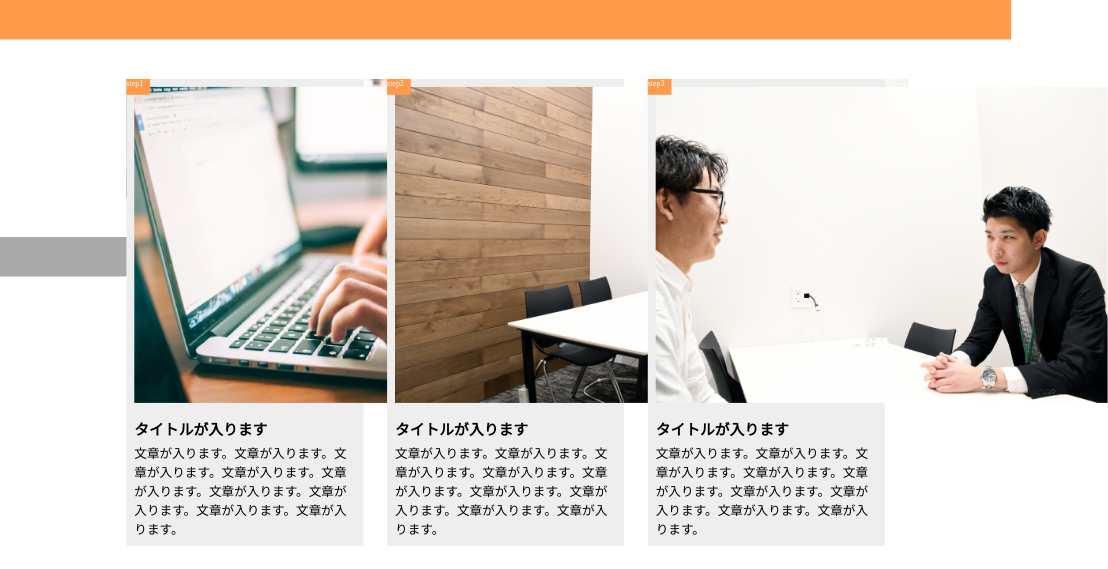
Repository: hira14t/git-practice
Page: kadai1/kadai1.html
The author's editor kept a record of every edit. The page is drawn from the files as they stood at one moment, then again after the next edit.
The browser window is 1280 px wide. The page is 1402 px wide, then 1280 px, so the pictures cover 1402 px, including what lies to the right of the window. The pictures show the whole page, at 79% of full size.

Above is the page before.

### kadai1/kadai1.html
<!DOCTYPE html>
<html lang="ja">
  <head>
    <meta charset="UTF-8" />
    <meta name="viewport" content="width=device-width,initial-scale=1.0">
     <link rel="stylesheet" href="kadai1.css" />
    <title>課題1</title>
  </head>
  <body>
    <div class="header"></div>
    <div class="wrap">

      <div class="image1">
        <div class="item">
          <div class="category">step1</div>
          <img class="image" src="img/flow01.png">
          <h3 class="H3">タイトルが入ります</h3>
          <p>文章が入ります。文章が入ります。文章が入ります。文章が入ります。文章が入ります。文章が入ります。文章が入ります。文章が入ります。文章が入ります。</p>
        </div>
      </div>


      <div class="image2">
        <div class="item">
          <div class="category">step2</div>
          <img class="image" src="img/flow02.png">
          <h3 class="H3">タイトルが入ります</h3>
          <p>文章が入ります。文章が入ります。文章が入ります。文章が入ります。文章が入ります。文章が入ります。文章が入ります。文章が入ります。文章が入ります。</p>
        </div>
      </div>



      <div class="image3">
        <div class="item">
           <div class="category">step3</div>
           <img class="image" src="img/flow03.png">
           <h3 class="H3">タイトルが入ります</h3>
           <p>文章が入ります。文章が入ります。文章が入ります。文章が入ります。文章が入ります。文章が入ります。文章が入ります。文章が入ります。文章が入ります。</p>
         </div>
      </div>
    </div>
    <div class="footer"></div>

  </body>
</html>

### kadai1/kadai1.css
* {
  margin: 0;
  padding: 0;
  box-sizing: border-box;
}

.header {
  width: 100%;
  height: 50px;
 background-color: #ff9a4b;
}





.wrap {
  width: 960px;
  display: flex;
  margin: 50px auto;
}

.category {
  width: 30px;
  height: 20px;
  background-color: #ff9a4b;
  color: white;
  font-size: 10px;
  position: absolute;
  top: 0;
  left: 0;
}

.item {
  padding: 10px;
  margin-right: 30px;
  width: 300px;
  background-color: #eeeeee;
   position: relative;
}

item:last-child {
  margin-right: 0;
}



.image1{
  background-image: url(img/flow01.png);
  background-size: cover;

  height: 150px;

}

.image2{
  background-image: url(img/flow02.png);
  background-size: cover;

  height: 150px;

}
.image3{
  background-image: url(img/flow03.png);
  background-size: cover;

  height: 150px;

}

.H3 {
  margin: 15px 0 5px 0;
}




.footer {
  width: 100%;
  height: 50px;
  background-color: #aaaaaa
}


@media screen and (max-width: 768px) {





.wrap {
  width: 100%;
  display: block;


  margin: 0 auto;
}


.item {
  margin: 20px auto;

  width: 90%;
}

.item:first-child {
  margin-top: 50px;
}


.item:last-child {
  margin-bottom: 50px;
}

}

After the next edit:
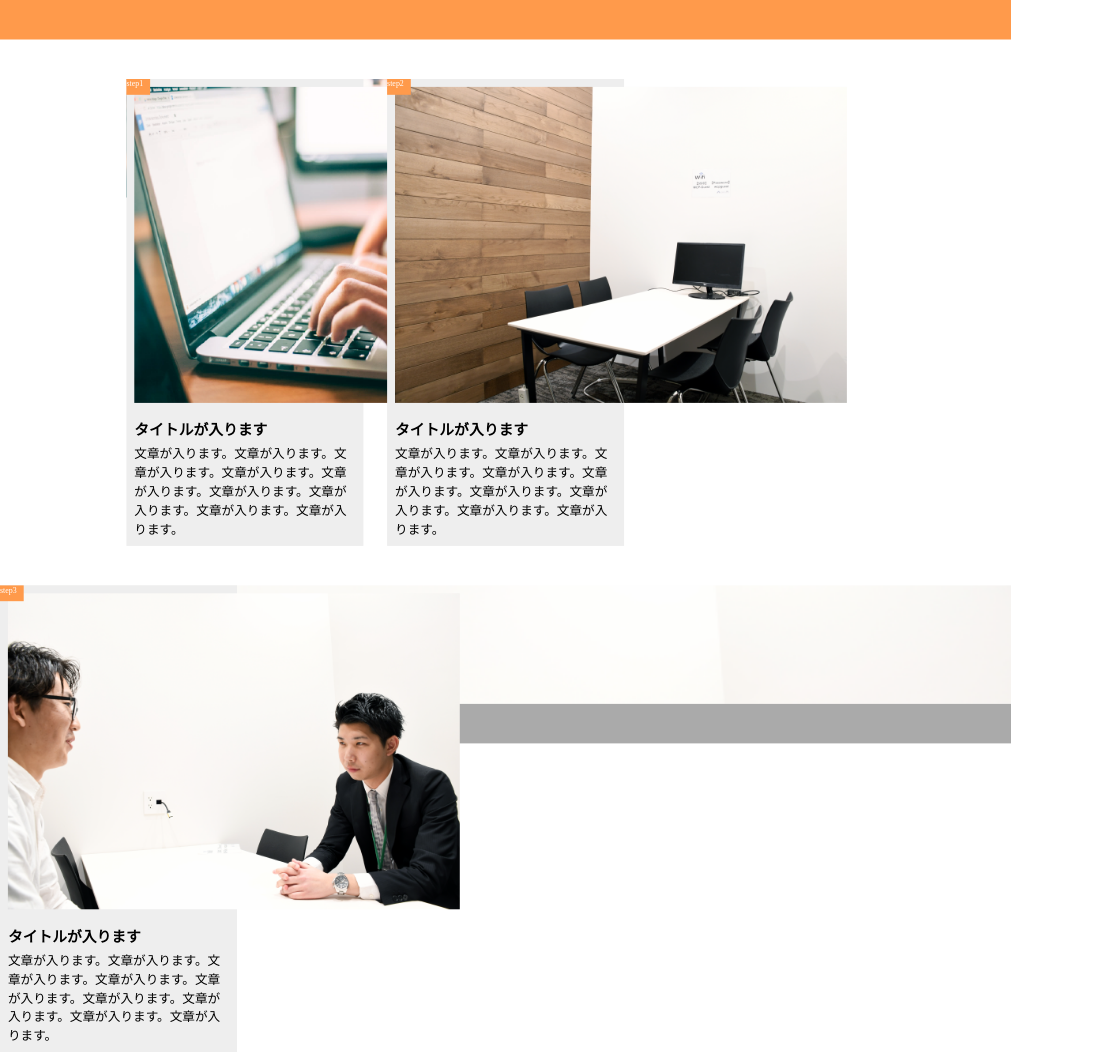
The edit:
--- a/kadai1/kadai1.html
+++ b/kadai1/kadai1.html
@@ -20,7 +20,7 @@
       </div>
 
 
-      <div class="image2">
+
         <div class="item">
           <div class="category">step2</div>
           <img class="image" src="img/flow02.png">
